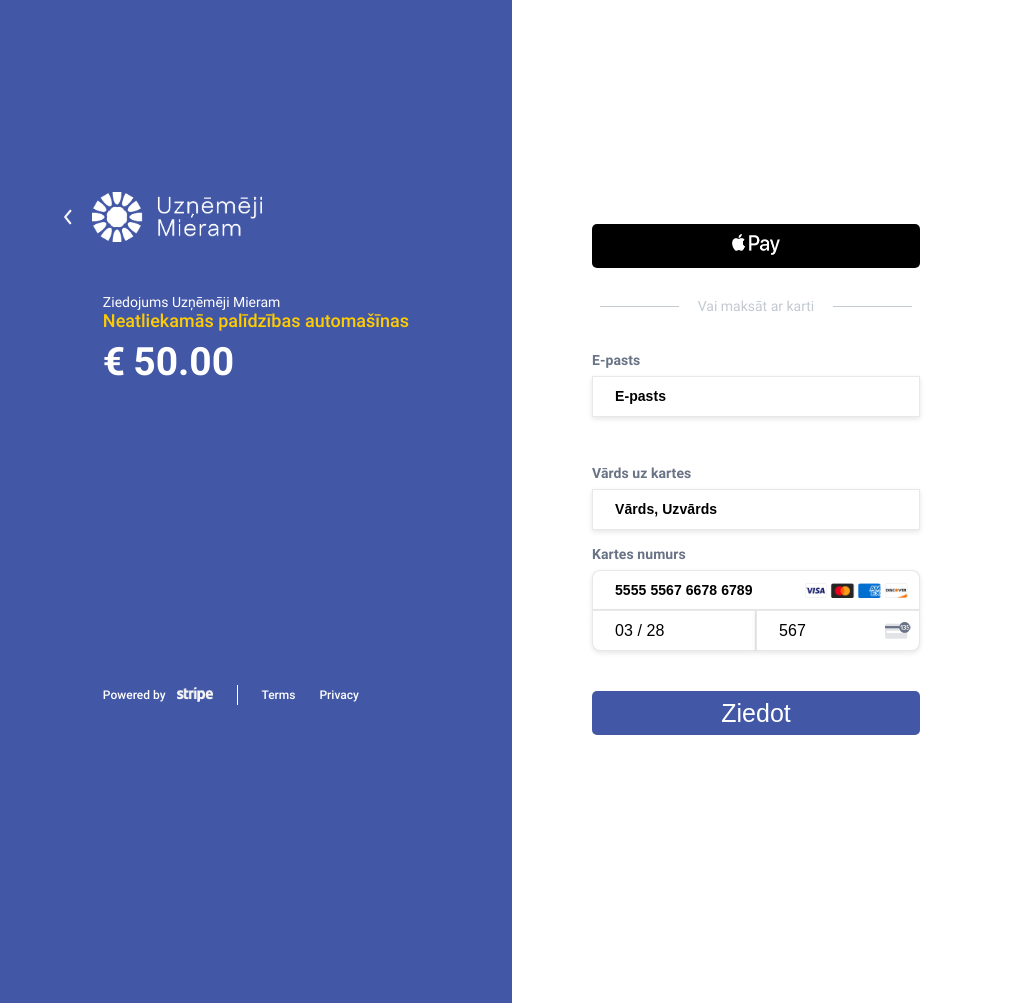
Repository: KatrinaPa/projekts_jul
Page: stripe.html
These files come from the project's save history. The page is drawn as it stood at one moment and after the next save; the edit follows.
The browser window is 1024 px wide. The pictures show the whole page.

Above is the page before, as saved 2023-08-03 21:13:30.

### stripe.html
<!DOCTYPE html>
<html lang="en">

<head>
    <meta charset="UTF-8">
    <meta http-equiv="X-UA-Compatible" content="IE=edge">
    <meta name="viewport" content="width=device-width, initial-scale=1.0">
    <title>Stripe</title>
    <link rel="preconnect" href="https://fonts.googleapis.com">
    <link rel="preconnect" href="https://fonts.gstatic.com" crossorigin>
    <link href="https://fonts.googleapis.com/css2?family=Poppins:wght@300;400;500;600;700&display=swap"
        rel="stylesheet">
    <link rel="preconnect" href="https://fonts.googleapis.com">
    <link rel="preconnect" href="https://fonts.gstatic.com" crossorigin>
    <link href="https://fonts.googleapis.com/css2?family=Poppins:wght@300;400;500;600&display=swap" rel="stylesheet">
    <link rel="stylesheet" href="./assets/main.css" />
    <link rel="stylesheet" href="./assets/stripe-styles.css" />
    <link rel="stylesheet" href="https://cdnjs.cloudflare.com/ajax/libs/font-awesome/6.2.0/css/all.min.css" />
</head>

<body>

    <main>
        <div class="panel-2">
            <section class="section_left">
                <div class="wrapper_left">
                    <div class="logo-back"><a href="sakums.html">
                            <button class="back-btn">
                                <svg xmlns="http://www.w3.org/2000/svg" width="26" height="26" viewBox="0 0 26 26"
                                    fill="none">
                                    <path
                                        d="M15.2444 20.2912C15.0888 20.2917 14.935 20.2574 14.7944 20.1907C14.6538 20.124 14.53 20.0266 14.4319 19.9058L9.40066 13.6558C9.24745 13.4694 9.1637 13.2356 9.1637 12.9943C9.1637 12.753 9.24745 12.5192 9.40066 12.3328L14.609 6.08285C14.7858 5.87012 15.0399 5.73635 15.3153 5.71095C15.5908 5.68556 15.865 5.77062 16.0777 5.94743C16.2905 6.12424 16.4242 6.37832 16.4496 6.65376C16.475 6.9292 16.39 7.20345 16.2132 7.41618L11.5569 12.9995L16.0569 18.5828C16.1843 18.7357 16.2652 18.9219 16.2901 19.1194C16.315 19.3168 16.2827 19.5173 16.1973 19.697C16.1118 19.8767 15.9766 20.0282 15.8078 20.1335C15.6389 20.2388 15.4434 20.2935 15.2444 20.2912Z"
                                        fill="#F4F4F4" />
                                </svg>
                            </button>
                            <div>
                                <img src="assets/images/UM_logo_white.png" alt="UM_logo_white" id="logo-white">
                            </div>
                        </a></div>
                    <div class="donate-amount">
                        <p>Ziedojums Uzņēmēji Mieram<br>
                            <span>Neatliekamās palīdzības automašīnas</span>
                        </p>
                        <div>
                            <h2>€</h2>
                            <h2>50.00</h2>
                        </div>
                    </div>
                    <div class="terms-privacy">
                        <div>Powered by <img src="assets/images/stripe_wht.png" alt="Stripe" id="stripe_logo"></div>
                        <div class="centred-divid"></div>
                        <div class="terms">Terms</div>
                        <div class="privacy">Privacy</div>
                    </div>
                </div>
            </section>


            <section class="section_right">
                <div class="wrapper_right">
                    <button type="submit" class="button-ApplePay"><img src="assets/images/applePay.png" alt="ApplePay"
                            id="applePay-btn"></button>
                    <div class="pay-card-wrapper">
                        <div class="pay-card-line"></div>
                        <div class="pay-card">
                            <p>Vai maksāt ar karti</p>
                        </div>
                        <div class="pay-card-line"></div>
                    </div>

                    <div class="donor-details">
                        <form action="#">
                            <div class="input-details">
                                <label for="email">E-pasts</label>
                                <input type="email" placeholder="E-pasts" id="email" />
                            </div>
                            <div class="input-details">
                                <label for="name-onCard">Vārds uz kartes</label>
                                <input type="text" placeholder="Vārds, Uzvārds" id="name-onCard" />
                            </div>

                            <div class="input-card-details">
                                <label for="card-nr">Kartes numurs</label>
                                <input type="tel" placeholder="5555 5567 6678 6789" id="card-nr"
                                    class="input-icon-cards" />
                                <div>
                                    <input type="tel" placeholder="03 / 28" id="valid" />
                                    <input type="tel" placeholder="567" id="cvc" class="input-icon-cvc" />
                                </div>
                            </div>

                            <button type="submit" class="button-donate id=" donate-btn">Ziedot</button>
                        </form>
                    </div>
                </div>
            </section>

        </div>
    </main>


</body>

</html>

### assets/stripe-styles.css
.panel-2 {
    display: flex;
    flex-direction: row;
    justify-content: center;
}

.section_left {
    display: flex;
    justify-content: center;
    width: 50%;
    height: 62.69rem;
    background-color: #4257A6;
    font-family: Roboto;
    color: #ffffff;
}

.wrapper_left {
    display: flex;
    flex-direction: column;
    align-items: flex-start;
}

.logo-back {
    margin-top: 12rem;
}

.logo-back a {
    display: flex;
    gap: 0.7rem;
}

.back-btn {
    border: 0;
    background: transparent;
    padding: 0;
    cursor: pointer;
}

#logo-white {
    width: 10.625rem;
}

.donate-amount {
    display: flex;
    flex-direction: column;
    padding-left: 3rem;
}

.donate-amount p {
    font-size: 16px;
    font-weight: 400;
    margin: 3rem 3rem 0 0;
}

.donate-amount p span {
    font-size: 18px;
    font-weight: 500;
    color: #FFCC00;
}

.donate-amount div {
    display: flex;
    gap: 0.5rem;
}

.donate-amount h2 {
    font-size: 39px;
    font-weight: 600;
    margin-top: 0.5rem;
}

.terms-privacy {
    font-size: 12px;
    font-weight: 500;
    display: flex;
    gap: 1.5rem;
    margin-top: 16.7rem;
    width: 16rem;
    padding-left: 3rem;
}

.terms-privacy div:first-child {
    display: flex;
    justify-content: space-between;
    align-items: center;
}

.terms-privacy img {
    width: 33%;
}

.centred-divid {
    width: 1px;
    height: 1.25rem;
    background-color: #ffffff;
}

.terms,
.privacy {
    padding-top: 0.2rem;
    cursor: pointer;
}



.section_right {
    width: 50%;
    background-color: #ffffff;
    font-family: Roboto;
}

.wrapper_right {
    padding: 13rem 7.2rem 0 6.6rem;
}

.button-ApplePay {
    margin-top: 1rem;
    width: 100%;
    height: 2.75rem;
    max-width: 26.25rem;
    background-color: #000;
    border-radius: 5px;
    border: none;
    cursor: pointer;
}

.button-ApplePay img {
    width: 15%;
}

.pay-card-wrapper {
    display: flex;
    align-items: center;
    padding: 1rem 0.5rem 1.5rem 0.5rem;
    max-width: 25.2rem;
}

.pay-card {
    width: 100%;
    max-width: 26.25rem;
    margin: 0 1rem;
    display: flex;
    justify-content: center;
    font-size: 14px;
    font-weight: 400;
    color: #C3C9D1;
}

.pay-card-line {
    border-top: 1px solid #C3C9D1;
    width: 90%;
}

.section_right input {
    width: auto;
    max-width: 25.8rem;
    height: 2.3rem;
    border: solid 1px rgba(60, 66, 87, 0.12);
    box-shadow: 0px 2px 5px 0px rgba(0, 0, 0, 0.1);
    font-size: 14px;
    font-weight: 600;
    line-height: 22px;
    letter-spacing: 0.07px;
}

.section_right ::placeholder {
    padding: 0 1.25rem;
    color: #000;
}

.section_right label {
    color: #697386;
    font-size: 14px;
    font-weight: 600;
    letter-spacing: 0.07px;
}

form div:first-child {
    margin-bottom: 3rem;
}

.input-details {
    display: flex;
    flex-direction: column;
    gap: 0.5rem;
    margin-bottom: 1rem;
}

.input-card-details {
    gap: 0;
    display: flex;
    flex-direction: column;
}

.input-card-details label {
    margin-bottom: 0.5rem;
}

.input-card-details div {
    display: flex;
    flex-direction: row;
}

.input-card-details div input {
    width: 50%;
    max-width: 12.7rem;
    font-size: 16px;
    font-weight: 500;
}

.input-details input {
    margin: 0;
}

#card-nr {
    border-radius: 8px 8px 0 0;
}

#valid {
    border-radius: 0 0 0 8px;
}

#cvc {
    border-radius: 0 0 8px 0;
}

.input-icon-cards {
    background-image: url(images/cards.png);
    background-position: right center;
    background-size: 35%;
}

.input-icon-cvc {
    background-image: url(images/cvc.png);
    background-position: right center;
    background-size: 21%;
}

.donor-details input {
    background-repeat: no-repeat;
}

.button-donate {
    margin-top: 2.5rem;
    width: 100%;
    max-width: 26.25rem;
    background-color: #4257A6;
    color: #ffffff;
    font-size: 25px;
    font-weight: 500;
    height: 2.75rem;
    text-decoration: none;
    border-radius: 5px;
    border: none;
    cursor: pointer;
}

@media (min-width: 1370px) {
    .wrapper_right {
        padding: 13rem 10.5rem 0 6.6rem;
    }
}

@media (min-width: 1340px) {
    .wrapper_right {
        padding: 13rem 9.5rem 0 6.6rem;
    }
}

@media (min-width: 1300px) {
    .wrapper_right {
        padding: 13rem 8.5rem 0 6.6rem;
    }
}

@media screen and (max-width: 1279px) {

    .donate-amount p {
        font-size: 14px;
    }

    .pay-card-line {
        width: 80%;
    }

    .wrapper_right {
        padding: 13rem 7.5rem 0 5.6rem;
    }
}

@media screen and (max-width: 1120px) {

    .pay-card-line {
        width: 65%;
    }

    .wrapper_right {
        padding: 13rem 6.5rem 0 5rem;
    }
}

@media (max-width: 1020px) {

    .wrapper_right {
        padding: 13rem 5.5rem 0 4.5rem;
    }
}

@media (max-width: 952px) {

    .pay-card-line {
        width: 53%;
    }

    .pay-card {
        margin: 0 0.8rem;
    }

    .wrapper_right {
        padding: 13rem 4.4rem 0 4rem;
    }
}

@media (max-width: 832px) {

    .pay-card-line {
        width: 41%;
    }

    .wrapper_right {
        padding: 13rem 3rem 0 3rem;
    }
}

@media (max-width: 804px) {

    .terms-privacy {
        margin-top: 15.5rem;
    }

    .input-icon-cards {
        background-size: 30%;
    }
}

@media screen and (max-width: 700px) {

    .panel-2 {
        flex-direction: column;
        align-items: center;
    }

    .section_left {
        height: 18.125rem;
        width: 100%;
    }

    .logo-back {
        margin-top: 2.5rem;
    }

    .donate-amount {
        padding-left: 0;
    }

    .donate-amount p {
        margin: 2rem 0 0.5rem 0;
        text-align: center;
    }

    .donate-amount div {
        justify-content: center;
    }

    .terms-privacy {
        display: none;
    }


    .section_right {
        height: 44rem;
        width: 100%;
    }

    .wrapper_right {
        padding: 2.875rem 1.5rem 3rem 1.5rem;
        display: flex;
        flex-direction: column;
        align-items: center;
    }

    .button-ApplePay {
        margin-top: 0;
    }

    .pay-card-wrapper {
        width: 100%;
    }

    .pay-card-line {
        width: 100%;
    }

}

@media screen and (max-width: 445px) {
    .pay-card-line {
        width: 70%;
    }


}

Loaded but not shown: assets/main.css (1433 lines, source omitted)

After the next save:
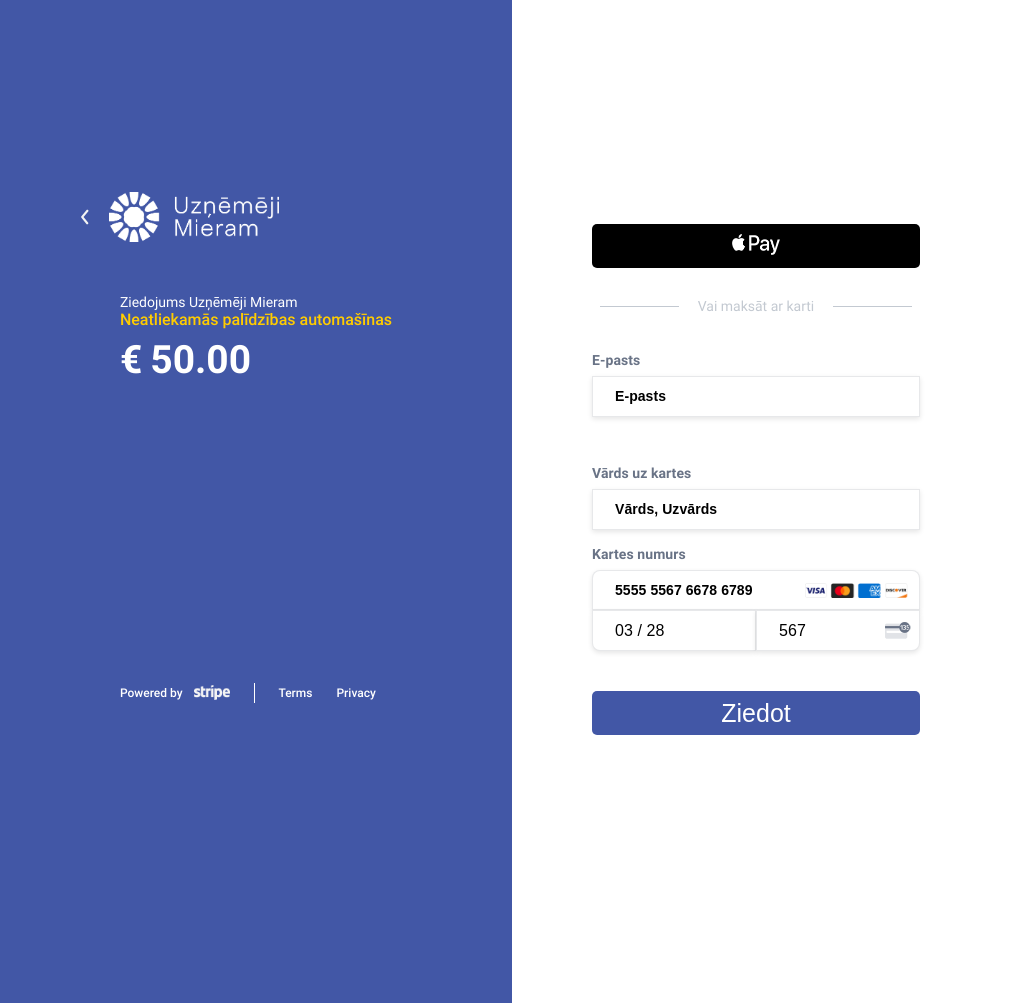
Saved 18 s later.
--- a/assets/stripe-styles.css
+++ b/assets/stripe-styles.css
@@ -279,6 +279,10 @@
         font-size: 14px;
     }
 
+    .donate-amount p span {
+        font-size: 16px;
+    }
+
     .pay-card-line {
         width: 80%;
     }
